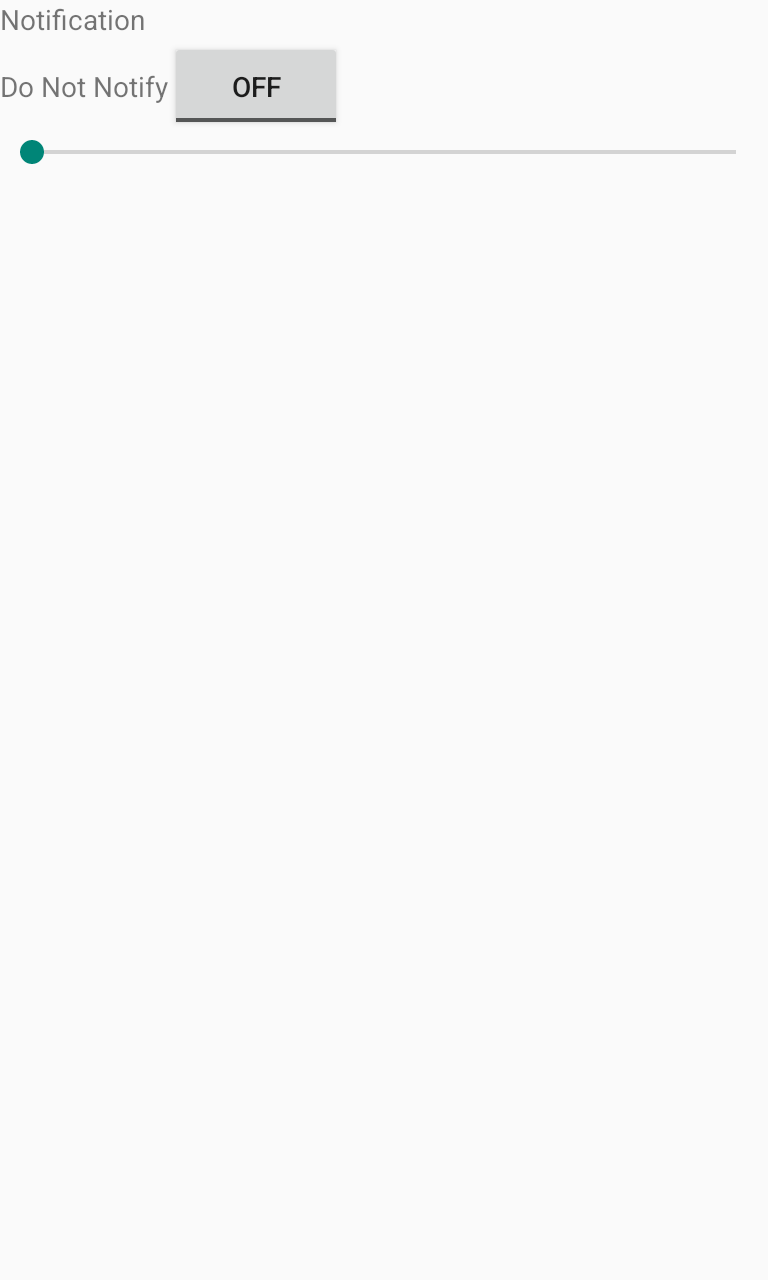
Repository: GitDidNotExitCleanly/AndroidTimer
Layout: G54MDP_Stopwatch/res/layout/fragment_settings.xml
An editor plug-in stored every save of this project. The layout is shown before and after the next save, followed by the edit.
It is drawn on a 768 x 1280 px phone screen (xhdpi) without system bars, with theme AppTheme; the app's code is not run.

Above is the layout before, as saved 2015-03-07 12:57:27.

### G54MDP_Stopwatch/res/layout/fragment_settings.xml
<?xml version="1.0" encoding="utf-8"?>
<LinearLayout xmlns:android="http://schemas.android.com/apk/res/android"
    android:layout_width="match_parent"
    android:layout_height="match_parent"
    android:orientation="vertical" >

    <LinearLayout
        android:layout_width="match_parent"
        android:layout_height="wrap_content"
        android:orientation="vertical" >

        <TextView
            android:layout_width="wrap_content"
            android:layout_height="wrap_content"
            android:text="Notification" />

       <LinearLayout
            android:layout_width="match_parent"
            android:layout_height="wrap_content" >

            <TextView
                android:id="@+id/textView2"
                android:layout_width="wrap_content"
                android:layout_height="wrap_content"
                android:text="Do Not Notify" />

            <ToggleButton
                android:id="@+id/toggleButton1"
                android:layout_width="wrap_content"
                android:layout_height="wrap_content"
                android:text="ToggleButton" />

        </LinearLayout>
    </LinearLayout>

    <LinearLayout
        android:layout_width="match_parent"
        android:layout_height="wrap_content"
        android:orientation="vertical" >

        <LinearLayout
            android:layout_width="match_parent"
            android:layout_height="wrap_content" >

            <SeekBar
                android:id="@+id/seekBar1"
                android:layout_width="match_parent"
                android:layout_height="wrap_content"
                android:layout_weight="1" />

        </LinearLayout>

    </LinearLayout>

</LinearLayout>

Loaded but not shown: G54MDP_Stopwatch/res/values/styles.xml (common file); G54MDP_Stopwatch/res/values-v11/styles.xml (common file); G54MDP_Stopwatch/res/values-v14/styles.xml (common file)

After the next save:
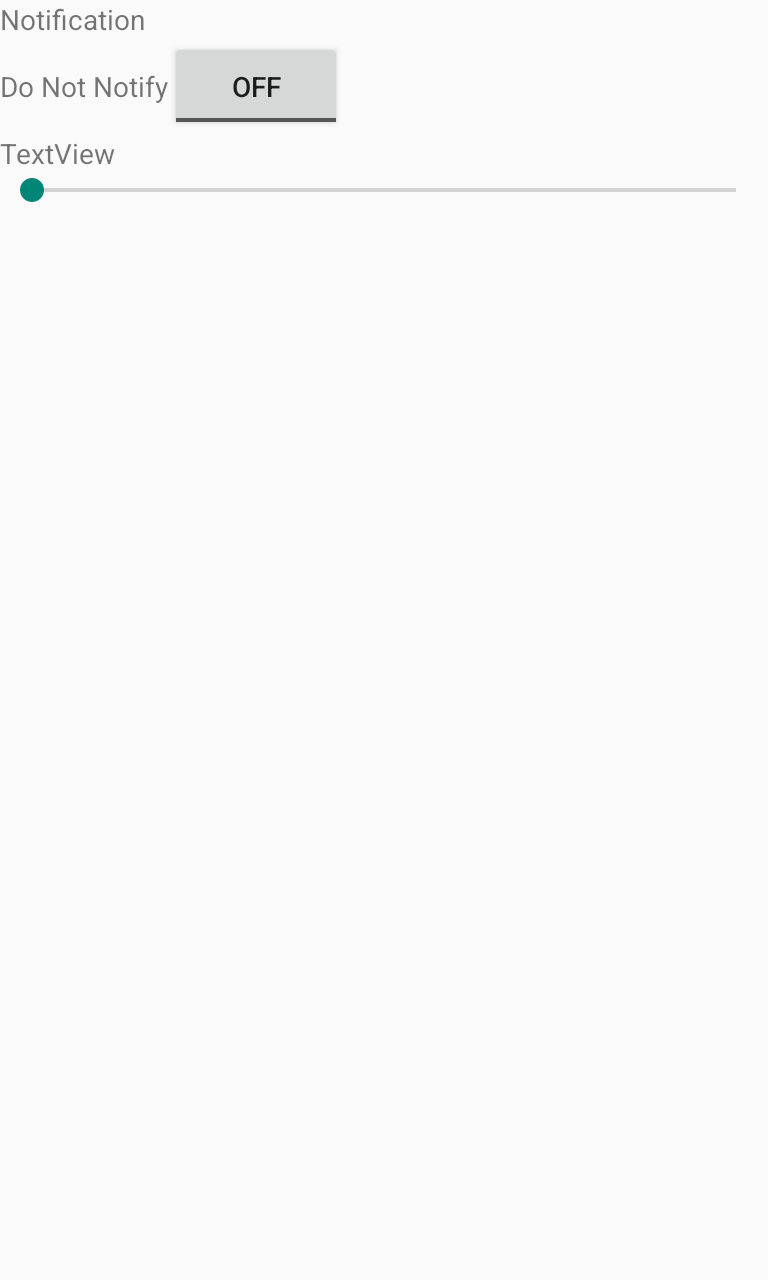
Saved 53 s later.
--- a/G54MDP_Stopwatch/res/layout/fragment_settings.xml
+++ b/G54MDP_Stopwatch/res/layout/fragment_settings.xml
@@ -38,6 +38,12 @@
         android:layout_height="wrap_content"
         android:orientation="vertical" >
 
+         <TextView
+            android:id="@+id/textView1"
+            android:layout_width="wrap_content"
+            android:layout_height="wrap_content"
+            android:text="TextView" />
+
         <LinearLayout
             android:layout_width="match_parent"
             android:layout_height="wrap_content" >
